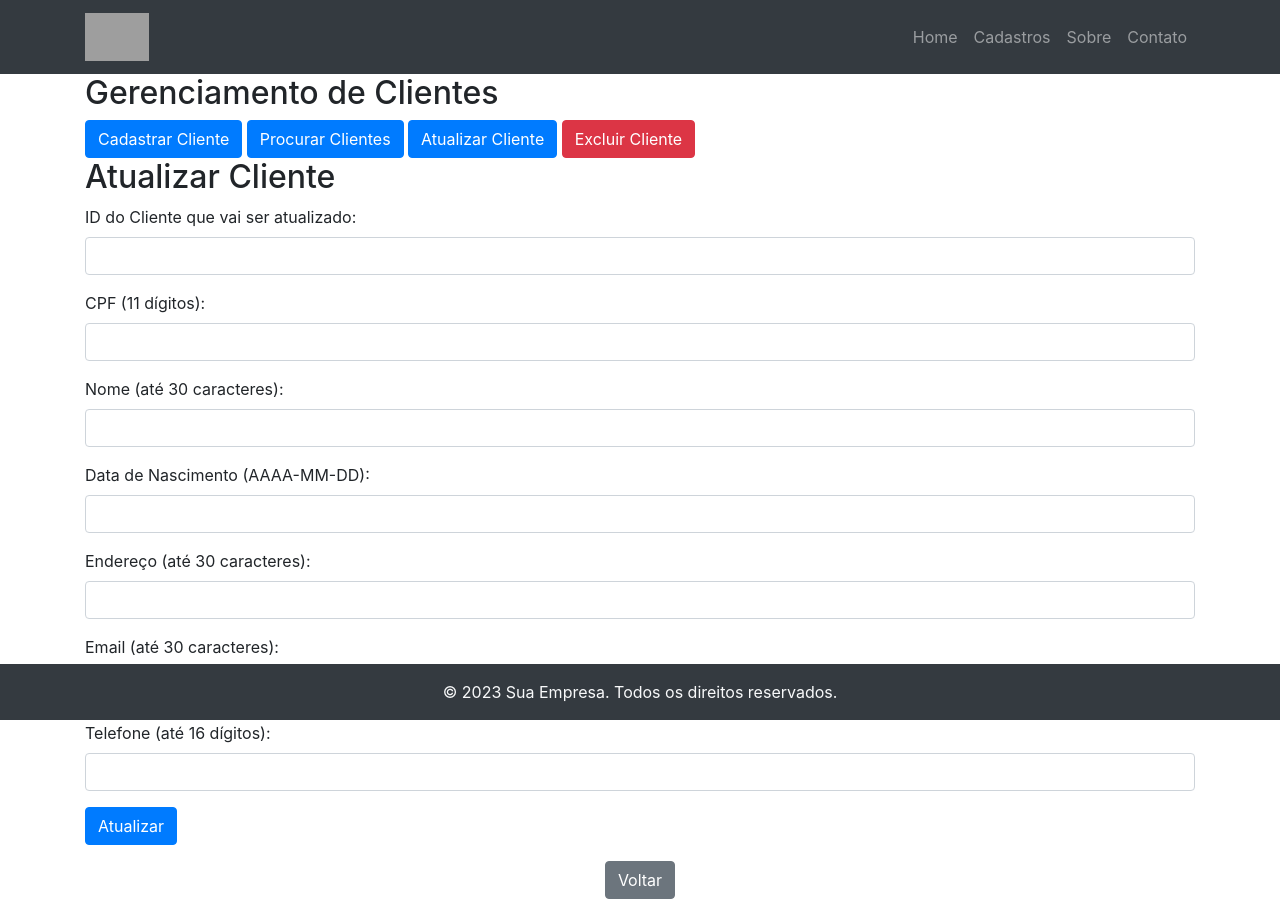
Repository: hagartelles/serveletProject
Page: http://localhost/BeltourServerlet/UpdateClient.jsp
The author's editor kept a copy of each file at every save. The page is drawn from the files as they stood at one save, then again after the next save.
The browser window is 1280 px wide. The pictures show the whole page.
Pictures or frames that could not be fetched are drawn as grey boxes. The page is served by Tomcat 9.

Above is the page before, as saved 2023-11-07 01:57:32.

After the next save:
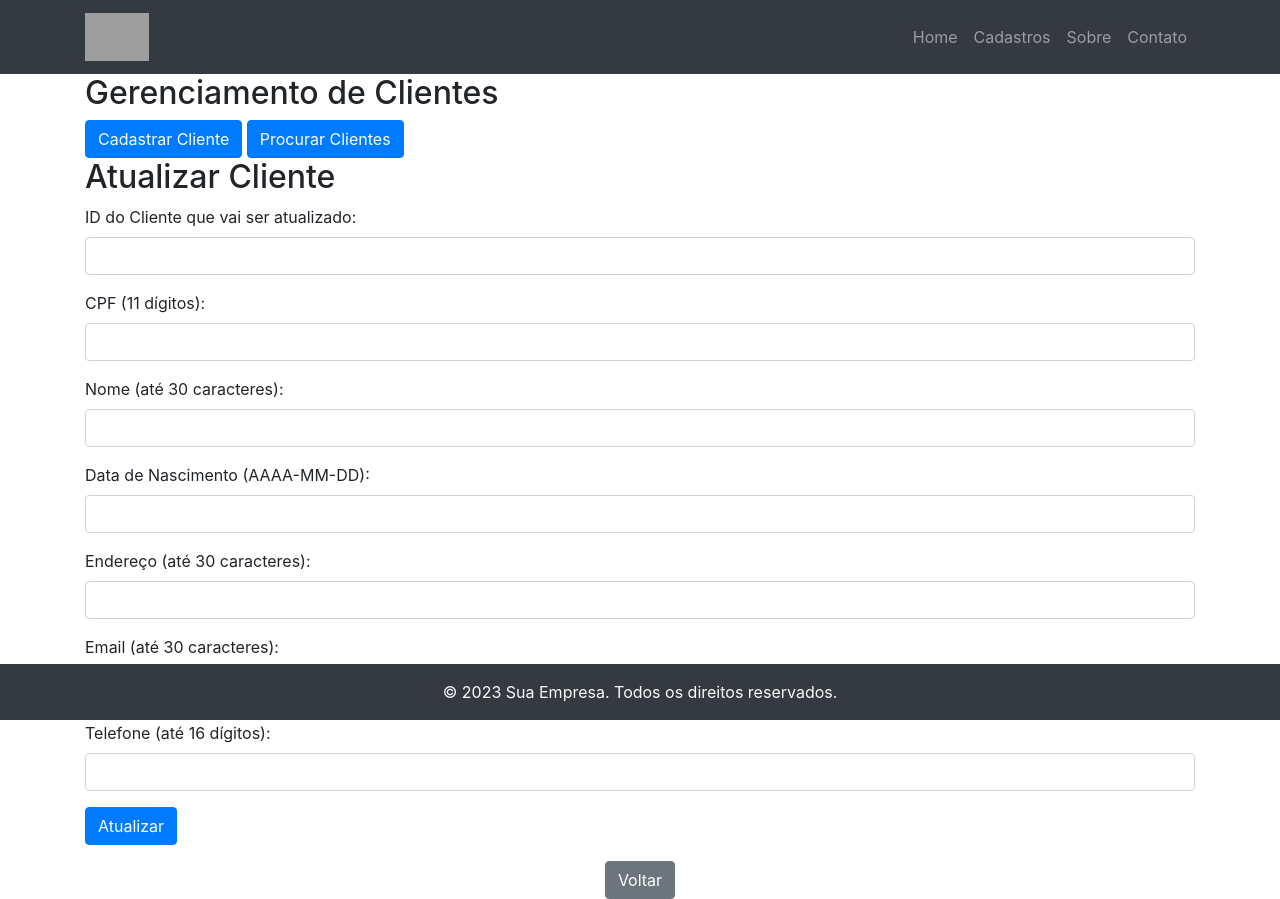
Saved 28 s later.
--- a/BeltourServerlet/src/main/webapp/UpdateClient.jsp
+++ b/BeltourServerlet/src/main/webapp/UpdateClient.jsp
@@ -42,9 +42,8 @@
 	    <!-- Formulário para Ações de Cliente -->
 		<form id="cliente-form">
 		  <a href="CreateClient.jsp" class="btn btn-primary" name="cadastrar">Cadastrar Cliente</a>
-		  <a href="ReadClients.jsp" class="btn btn-primary" name="procurar">Procurar Clientes</a>
-		  <a href="UpdateClient.jsp" class="btn btn-primary" name="atualizar">Atualizar Cliente</a>
-		  <a href="DeleteClient.jsp" class="btn btn-danger" name="excluir">Excluir Cliente</a>
+		  <a href="ReadController" class="btn btn-primary" name="procurar">Procurar Clientes</a>
+
 		</form>
   	</div>
 
